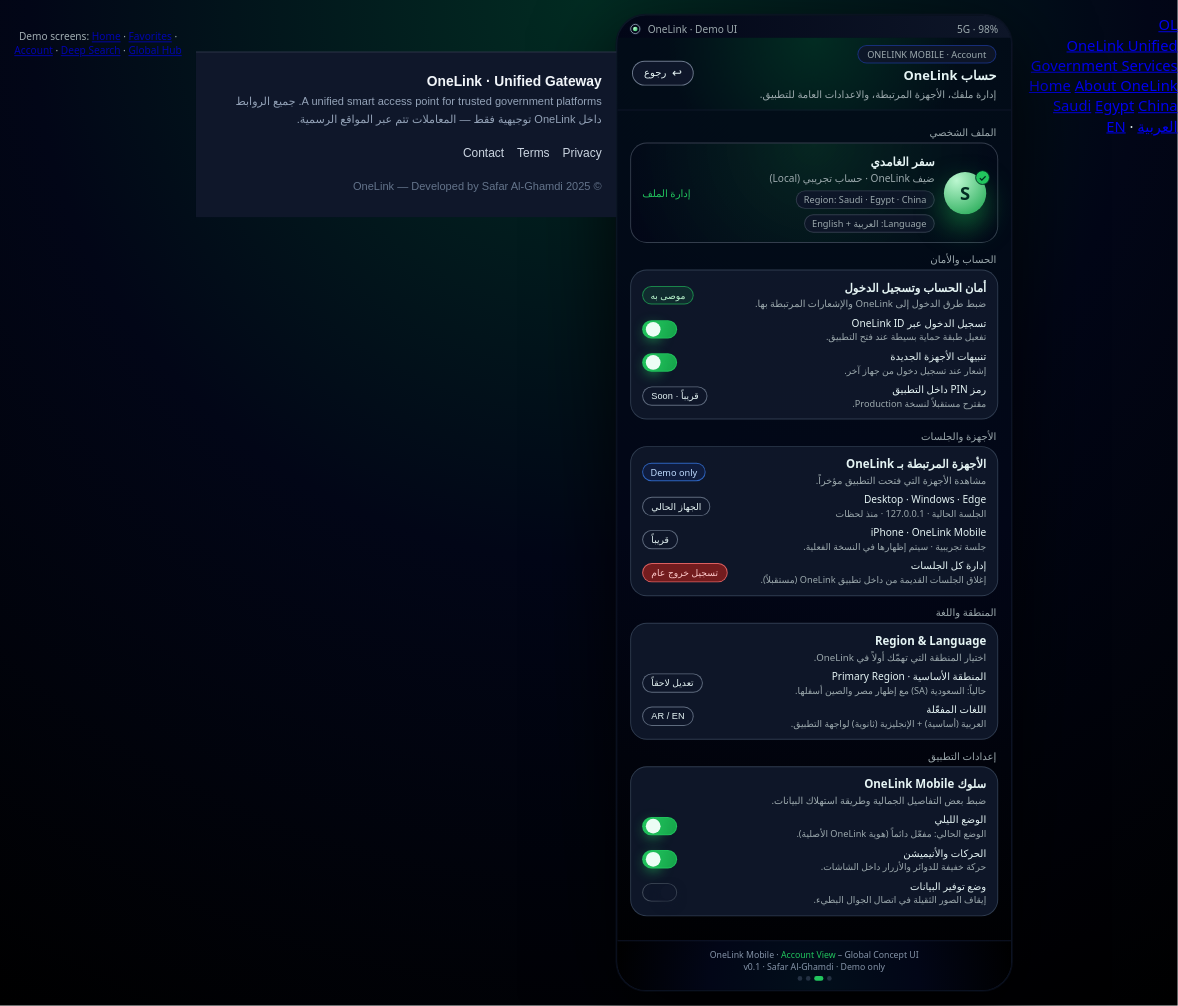
Repository: seesafar/GovLinksApp
Page: docs/app-ui/app-account.html
The author's editor kept a copy of each file at every save. The page is drawn from the files as they stood at one save, then again after a run of saves.
The browser window is 1280 px wide. The pictures show the whole page, at 92% of full size.

Above is the page before, as saved 2025-12-01 03:34:59.

After the next 3 saves:
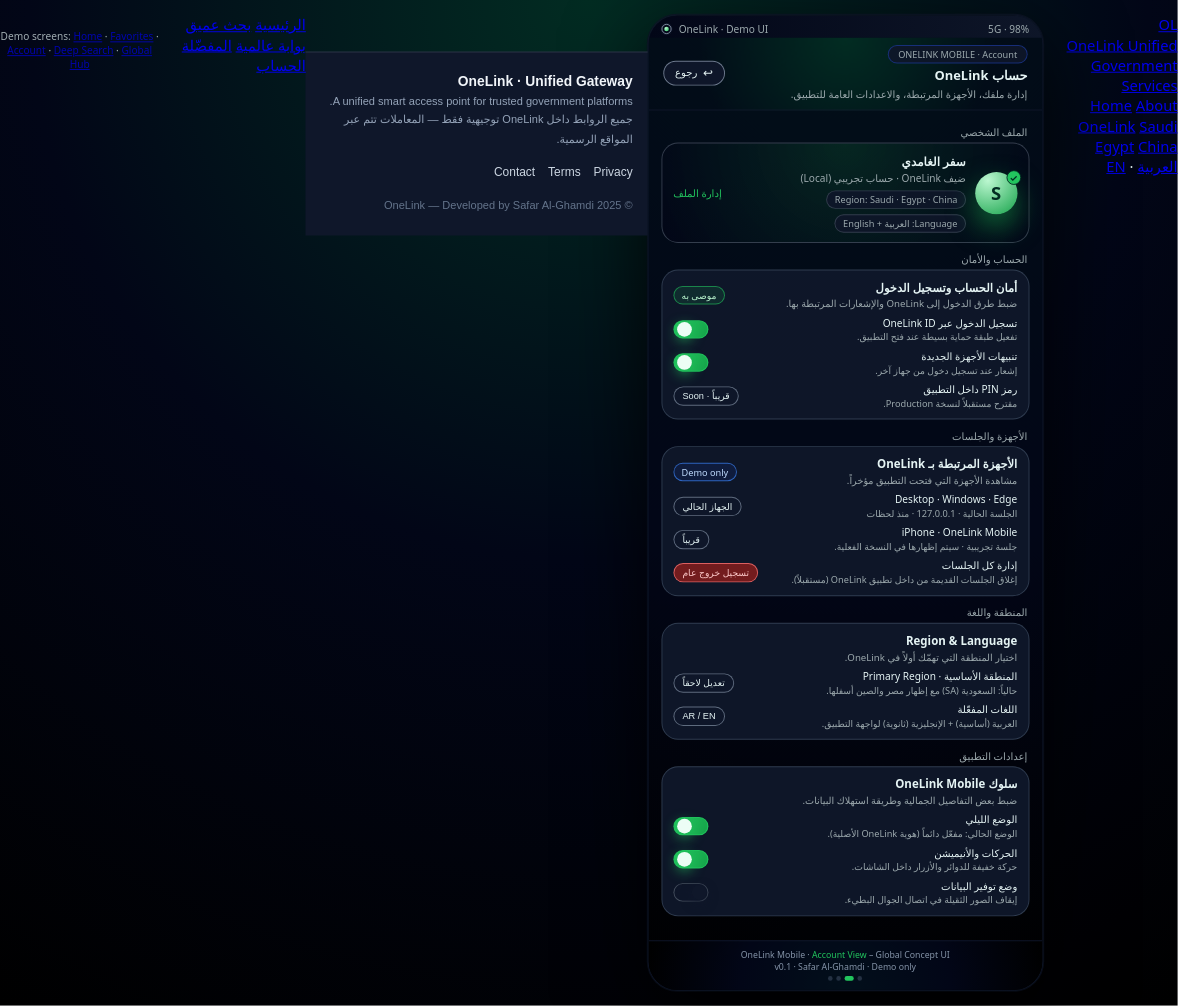
The 3 saves are shown as one change because they came seconds apart.
The last was saved 28 s later.
--- a/docs/app-ui/app-account.html
+++ b/docs/app-ui/app-account.html
@@ -630,6 +630,13 @@
   <script src="../core/js/include.js"></script>
 </body>
 </html>
+<nav class="app-nav">
+  <a href="app-home-global.html">الرئيسية</a>
+  <a href="app-deep-search.html">بحث عميق</a>
+  <a href="app-global-hub.html">بوابة عالمية</a>
+  <a href="app-favorites-global.html">المفضّلة</a>
+  <a href="app-account.html" class="active">الحساب</a>
+</nav>
 </body>
 </html>
 <div style="text-align:center; margin: 16px 0; font-size: 11px; opacity: .7;">
